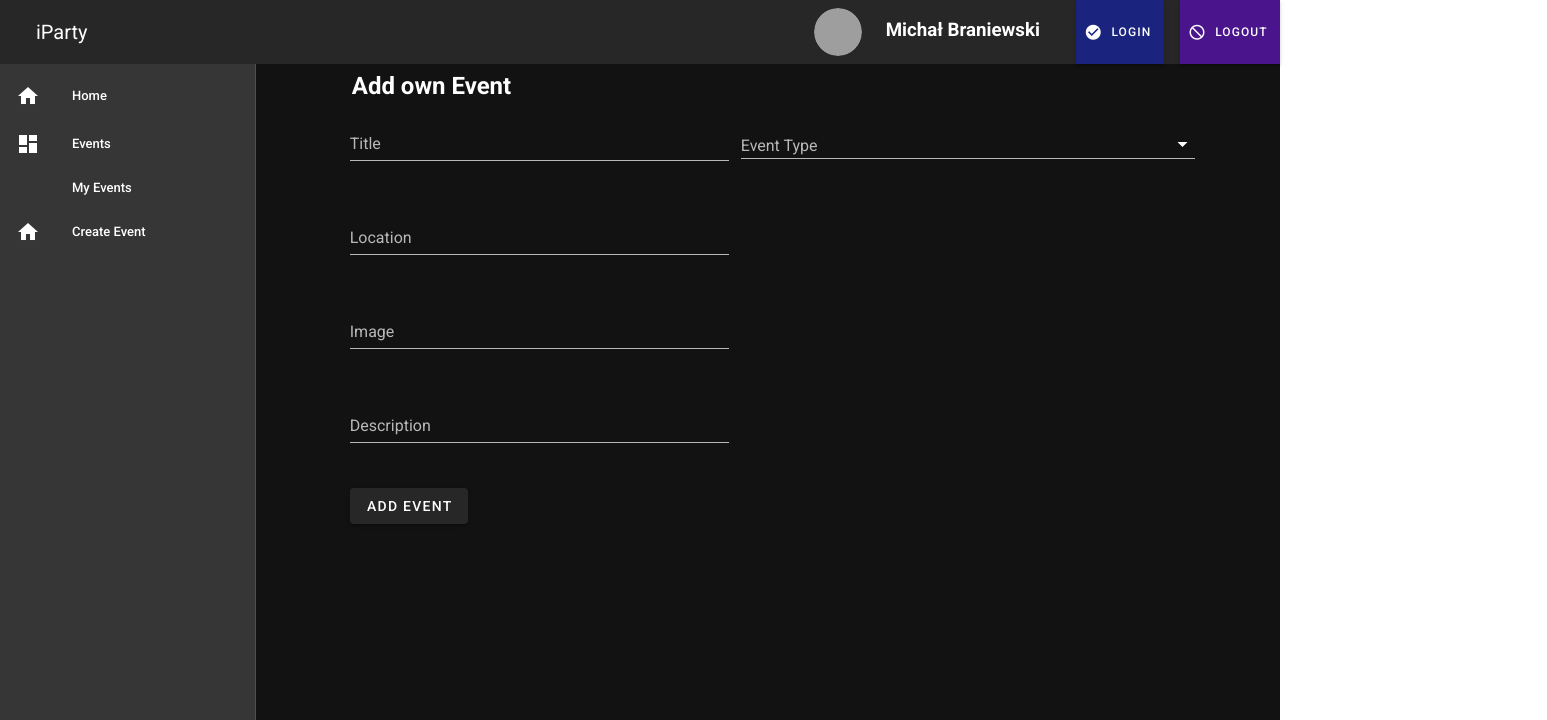
Repository: hexanek/partyapp
Page: /#/addevent
These files come from the project's save history. The page is drawn as it stood at one moment and after the next save; the edit follows.
The browser window is 1280 px wide. The page is 1547 px wide, so the pictures cover 1547 px, including what lies to the right of the window. The pictures show the whole page.
Pictures or frames that could not be fetched are drawn as grey boxes. The project was rebuilt for these pictures with package versions that can differ from the ones it lists, and the page was loaded fresh each time. Also part of the build but not shown: vue.config.js, src/components/Popup.vue, src/components/Gmap.vue, src/components/Home.vue.

Above is the page before, as saved 2020-01-26 15:57:24.

After the next save:
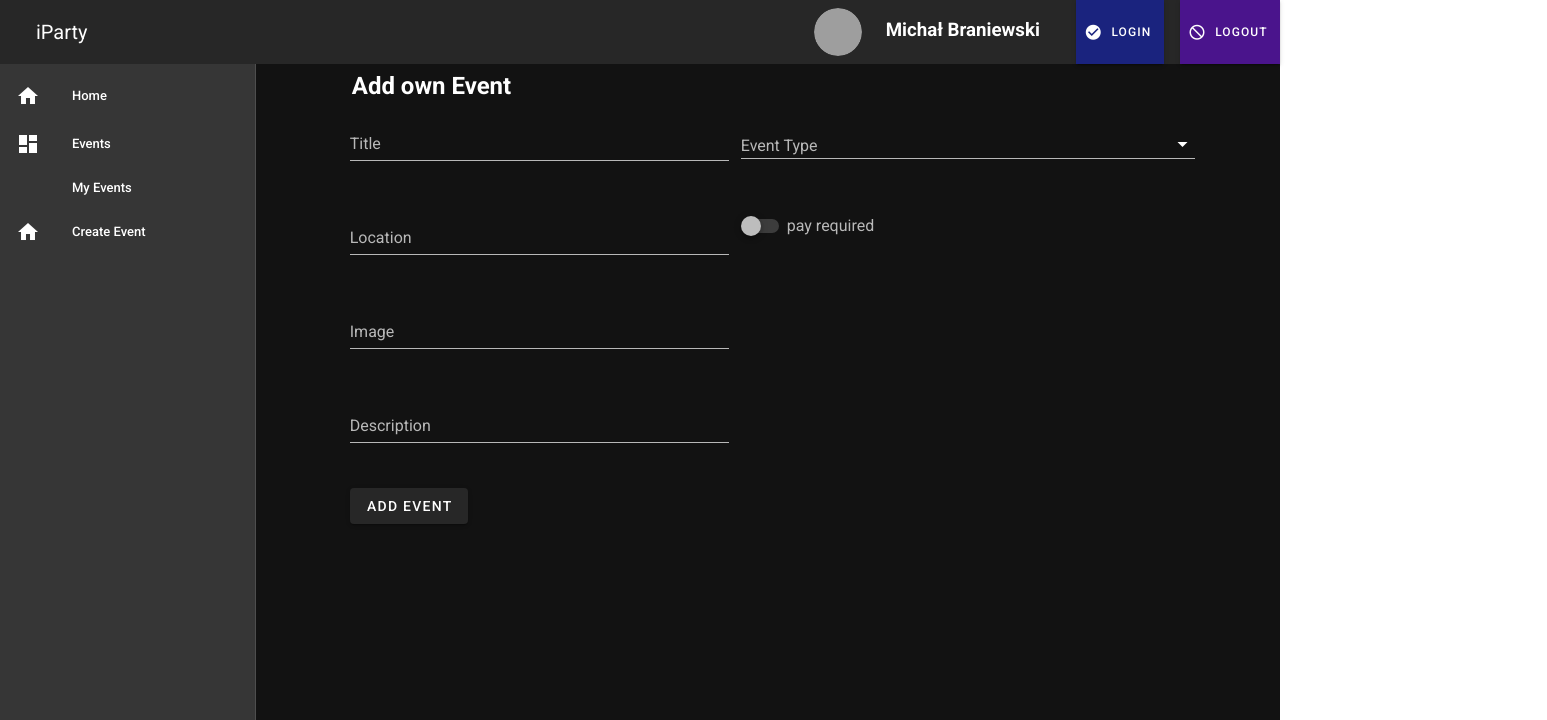
Saved 17 s later.
--- a/src/components/Event/EventForm.vue
+++ b/src/components/Event/EventForm.vue
@@ -36,7 +36,7 @@
                                 required></v-text-field>
                             </v-flex>
                             <v-switch
-                                label="pay required"
+                                label="pay required" >
                             </v-switch>
                         </v-layout>
                          <v-layout row>
